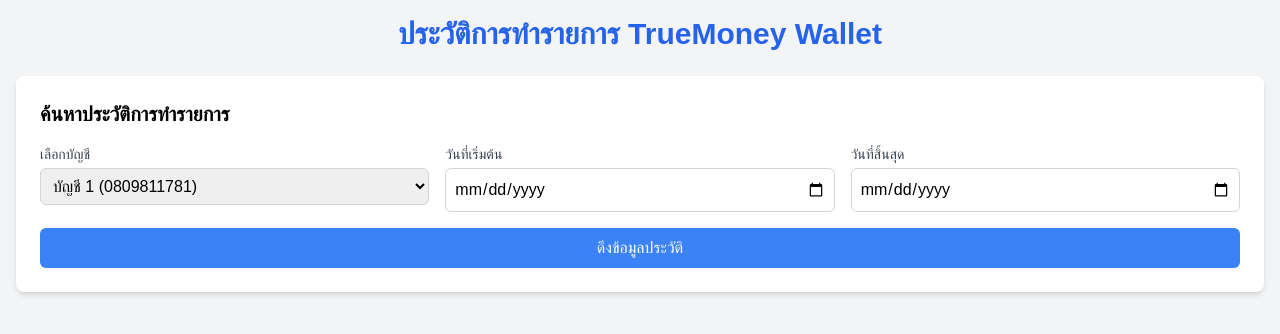
Repository: Balencp/y2k
Page: statement.html
The author's editor kept a copy of each file at every save. The page is drawn from the files as they stood at one save, then again after the next save.
The browser window is 1280 px wide. The pictures show the whole page.
Some web fonts or font styles are not loaded; a fallback is used. Some web libraries are served in a nearby version.

Above is the page before, as saved 2025-02-04 02:06:58.

### statement.html
<!DOCTYPE html>
<html lang="th">

<head>
    <meta charset="UTF-8">
    <meta name="viewport" content="width=device-width, initial-scale=1.0">
    <title>ประวัติการทำรายการ TrueMoney Wallet</title>
    <script src="https://cdn.tailwindcss.com"></script>
    <style>
        @import url('https://fonts.googleapis.com/css2?family=Kanit:wght@300;400;500;700&display=swap');

        body {
            font-family: 'Kanit', sans-serif;
        }
    </style>
</head>

<body class="bg-gray-100 min-h-screen">
    <div class="container mx-auto p-4">
        <h1 class="text-3xl font-bold mb-6 text-center text-blue-600">ประวัติการทำรายการ TrueMoney Wallet</h1>

        <div class="bg-white p-6 rounded-lg shadow-md mb-6">
            <h2 class="text-xl font-semibold mb-4">ค้นหาประวัติการทำรายการ</h2>
            <div class="grid grid-cols-1 md:grid-cols-3 gap-4 mb-4">
                <div>
                    <label for="account" class="block text-sm font-medium text-gray-700 mb-1">เลือกบัญชี</label>
                    <select id="account" class="w-full p-2 border border-gray-300 rounded-md">
                        <option value="1">บัญชี 1 (0809811781)</option>
                    </select>
                </div>
                <div>
                    <label for="start_date" class="block text-sm font-medium text-gray-700 mb-1">วันที่เริ่มต้น</label>
                    <input type="date" id="start_date" class="w-full p-2 border border-gray-300 rounded-md">
                </div>
                <div>
                    <label for="end_date" class="block text-sm font-medium text-gray-700 mb-1">วันที่สิ้นสุด</label>
                    <input type="date" id="end_date" class="w-full p-2 border border-gray-300 rounded-md">
                </div>
            </div>
            <button id="fetch_history"
                class="w-full bg-blue-500 text-white p-2 rounded-md hover:bg-blue-600 transition duration-300">
                ดึงข้อมูลประวัติ
            </button>
        </div>

        <div id="error_message" class="hidden bg-red-100 border border-red-400 text-red-700 px-4 py-3 rounded mb-4">
        </div>

        <div id="loading" class="hidden">
            <div class="flex justify-center items-center py-4">
                <div class="animate-spin rounded-full h-8 w-8 border-b-2 border-blue-500"></div>
                <span class="ml-2">กำลังโหลดข้อมูล... (<span id="loading_progress">0</span> รายการ)</span>
            </div>
        </div>

        <div id="history_results" class="bg-white p-6 rounded-lg shadow-md hidden">
            <h2 class="text-xl font-semibold mb-4">ผลลัพธ์ (<span id="total_records">0</span> รายการ)</h2>
            <div id="results_content"></div>
        </div>
    </div>

    <script>
        const accounts = {
            '1': {
                tmn_key_id: '10853',
                mobile_number: '0809811781',
                login_token: 'L-28dda1e5-9626-4b2b-9f51-7ad649bb1a42',
                pin: '365789',
                tmn_id: 'tmn.10126882882'
            },
            '2': {
                tmn_key_id: '00000',
                mobile_number: '00000',
                login_token: '00000',
                pin: '00000',
                tmn_id: 'tmn.00000'
            }
        };

        let allTransactions = [];
        let isLoading = false;

        function showLoading() {
            document.getElementById('loading').classList.remove('hidden');
            document.getElementById('fetch_history').disabled = true;
        }

        function hideLoading() {
            document.getElementById('loading').classList.add('hidden');
            document.getElementById('fetch_history').disabled = false;
        }

        function updateLoadingProgress(count) {
            document.getElementById('loading_progress').textContent = count;
        }

        function showError(message) {
            const errorDiv = document.getElementById('error_message');
            errorDiv.textContent = message;
            errorDiv.classList.remove('hidden');
        }

        function hideError() {
            document.getElementById('error_message').classList.add('hidden');
        }

        async function fetchAllTransactions() {
            if (isLoading) return;

            const accountId = document.getElementById('account').value;
            const startDate = document.getElementById('start_date').value;
            const endDate = document.getElementById('end_date').value;

            if (!accountId || !startDate || !endDate) {
                showError('กรุณาเลือกบัญชี วันที่เริ่มต้น และวันที่สิ้นสุด');
                return;
            }

            hideError();
            showLoading();
            isLoading = true;
            allTransactions = [];
            let currentPage = 1;
            let hasMore = true;

            try {
                while (hasMore) {
                    const response = await fetch('process_history.php', {
                        method: 'POST',
                        headers: {
                            'Content-Type': 'application/x-www-form-urlencoded',
                        },
                        body: new URLSearchParams({
                            action: 'fetchTransactionHistory',
                            ...accounts[accountId],
                            start_date: startDate,
                            end_date: endDate,
                            page: currentPage,
                            limit: 1000
                        })
                    });

                    if (!response.ok) {
                        throw new Error(`HTTP error! status: ${response.status}`);
                    }

                    const result = await response.json();

                    if (result.success) {
                        allTransactions = [...allTransactions, ...result.data];
                        updateLoadingProgress(allTransactions.length);
                        hasMore = result.data.length === 100;
                        currentPage++;
                    } else {
                        throw new Error(result.message);
                    }
                }

                displayResults(allTransactions);
                document.getElementById('history_results').classList.remove('hidden');
            } catch (error) {
                showError(`เกิดข้อผิดพลาด: ${error.message}`);
            } finally {
                hideLoading();
                isLoading = false;
            }
        }

        function displayResults(activities) {
            const resultsContent = document.getElementById('results_content');
            document.getElementById('total_records').textContent = activities.length;

            if (activities.length === 0) {
                resultsContent.innerHTML = '<p>ไม่พบข้อมูลในช่วงเวลาที่เลือก</p>';
                return;
            }

            let html = '<div class="overflow-x-auto"><table class="min-w-full bg-white">';
            html += '<thead class="bg-gray-100"><tr><th class="py-2 px-4 border-b">วันที่</th><th class="py-2 px-4 border-b">ประเภท</th><th class="py-2 px-4 border-b">จำนวนเงิน</th><th class="py-2 px-4 border-b">รายละเอียด</th></tr></thead>';
            html += '<tbody>';

            activities.forEach(activity => {
                const date = new Date(activity.date_time).toLocaleString('th-TH');
                const amount = parseFloat(activity.amount).toLocaleString('th-TH', {
                    minimumFractionDigits: 2,
                    maximumFractionDigits: 2
                });
                const amountClass = activity.transaction_type === 'DEBIT' ? 'text-red-500' : 'text-green-500';

                html += `<tr class="hover:bg-gray-50">
                    <td class="py-2 px-4 border-b">${date}</td>
                    <td class="py-2 px-4 border-b">${activity.type}</td>
                    <td class="py-2 px-4 border-b ${amountClass}">${amount}</td>
                    <td class="py-2 px-4 border-b">${activity.title},${activity.transaction_reference_id}</td>
                </tr>`;
            });

            html += '</tbody></table></div>';
            resultsContent.innerHTML = html;
        }

        document.getElementById('fetch_history').addEventListener('click', fetchAllTransactions);
    </script>
</body>

</html>

After the next save:
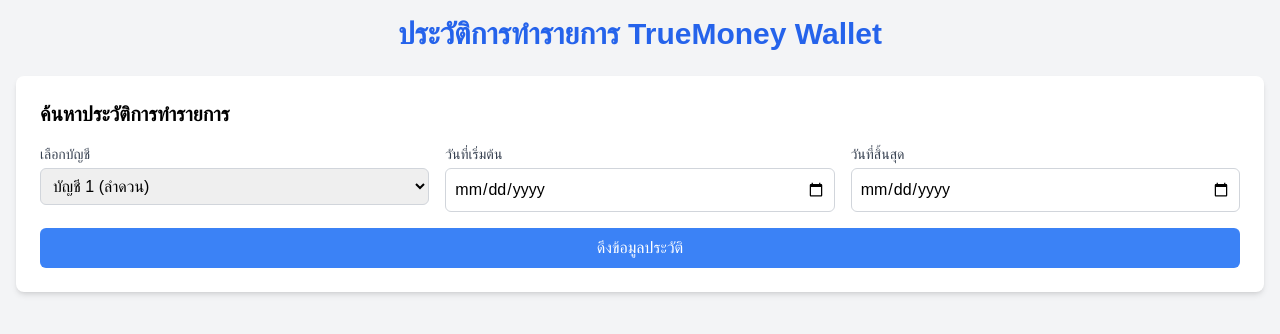
Saved 55 min 59 s later.
--- a/statement.html
+++ b/statement.html
@@ -25,7 +25,8 @@
                 <div>
                     <label for="account" class="block text-sm font-medium text-gray-700 mb-1">เลือกบัญชี</label>
                     <select id="account" class="w-full p-2 border border-gray-300 rounded-md">
-                        <option value="1">บัญชี 1 (0809811781)</option>
+                        <option value="1">บัญชี 1 (ลำดวน)</option>
+                        <option value="2">บัญชี 2 (สุวรรณา)</option>
                     </select>
                 </div>
                 <div>
@@ -136,7 +137,7 @@
                             start_date: startDate,
                             end_date: endDate,
                             page: currentPage,
-                            limit: 1000
+                            limit: 100
                         })
                     });
 
@@ -181,17 +182,42 @@
 
             activities.forEach(activity => {
                 const date = new Date(activity.date_time).toLocaleString('th-TH');
-                const amount = parseFloat(activity.amount).toLocaleString('th-TH', {
+                const amount = parseFloat(activity.amount.replace(/,/g, '')).toLocaleString('th-TH', {
                     minimumFractionDigits: 2,
                     maximumFractionDigits: 2
                 });
                 const amountClass = activity.transaction_type === 'DEBIT' ? 'text-red-500' : 'text-green-500';
 
+                // กำหนดชนิดธุรกรรมตามเงื่อนไข
+                let transactionType = '';
+                let iconUrl = '';
+
+                switch (activity.type) {
+                    case 'Transfer':
+                        transactionType = 'รับซองทรูมันนี่';
+                        iconUrl = 'https://mobile-resource-cdn.truemoney.com/wallet-app/common/icon-transaction/m/images/logo_activity_type/voucher_redeem.png';
+                        break;
+                    case 'Buy':
+                        transactionType = 'ค่าธรรมเนียมการรับเงินโอน';
+                        iconUrl = 'https://acm-prd-aplus-merchant-kyb.truemoney.com/010000000000344200887/shops/300000000000000077710/logo@2x.png';
+                        break;
+                    case 'p2p':
+                        transactionType = 'โอนเงิน P2P';
+                        iconUrl = 'https://mobile-resource-cdn.truemoney.com/wallet-app/common/icon-transaction/m/images/logo_activity_type/transfer_debtor.png';
+                        break;
+                    default:
+                        transactionType = activity.type;
+                        iconUrl = activity.logo_url || '';
+                }
+
                 html += `<tr class="hover:bg-gray-50">
                     <td class="py-2 px-4 border-b">${date}</td>
-                    <td class="py-2 px-4 border-b">${activity.type}</td>
+                    <td class="py-2 px-4 border-b flex items-center">
+                        <img src="${iconUrl}" alt="${transactionType}" class="w-6 h-6 mr-2" onerror="this.style.display='none'"/>
+                        ${transactionType}
+                    </td>
                     <td class="py-2 px-4 border-b ${amountClass}">${amount}</td>
-                    <td class="py-2 px-4 border-b">${activity.title},${activity.transaction_reference_id}</td>
+                    <td class="py-2 px-4 border-b">${activity.title}${activity.transaction_reference_id ? ',' + activity.transaction_reference_id : ''}</td>
                 </tr>`;
             });
 

After the save that followed:
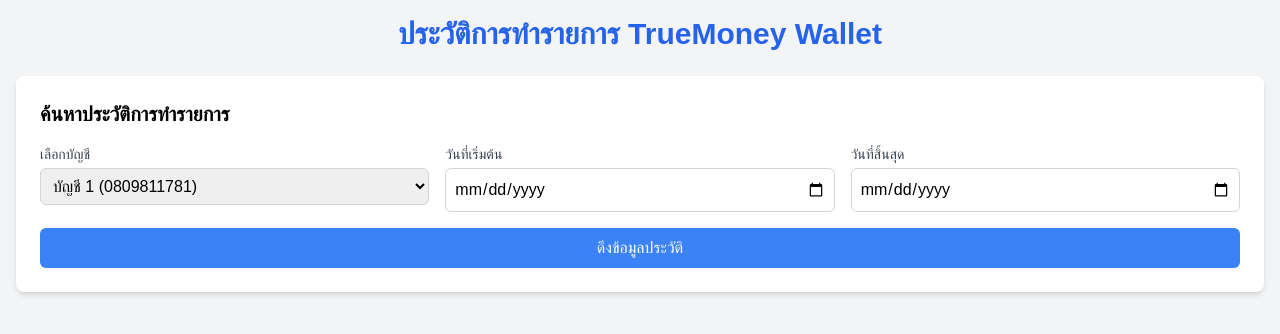
Saved 111 s later.
--- a/statement.html
+++ b/statement.html
@@ -25,8 +25,7 @@
                 <div>
                     <label for="account" class="block text-sm font-medium text-gray-700 mb-1">เลือกบัญชี</label>
                     <select id="account" class="w-full p-2 border border-gray-300 rounded-md">
-                        <option value="1">บัญชี 1 (ลำดวน)</option>
-                        <option value="2">บัญชี 2 (สุวรรณา)</option>
+                        <option value="1">บัญชี 1 (0809811781)</option>
                     </select>
                 </div>
                 <div>
